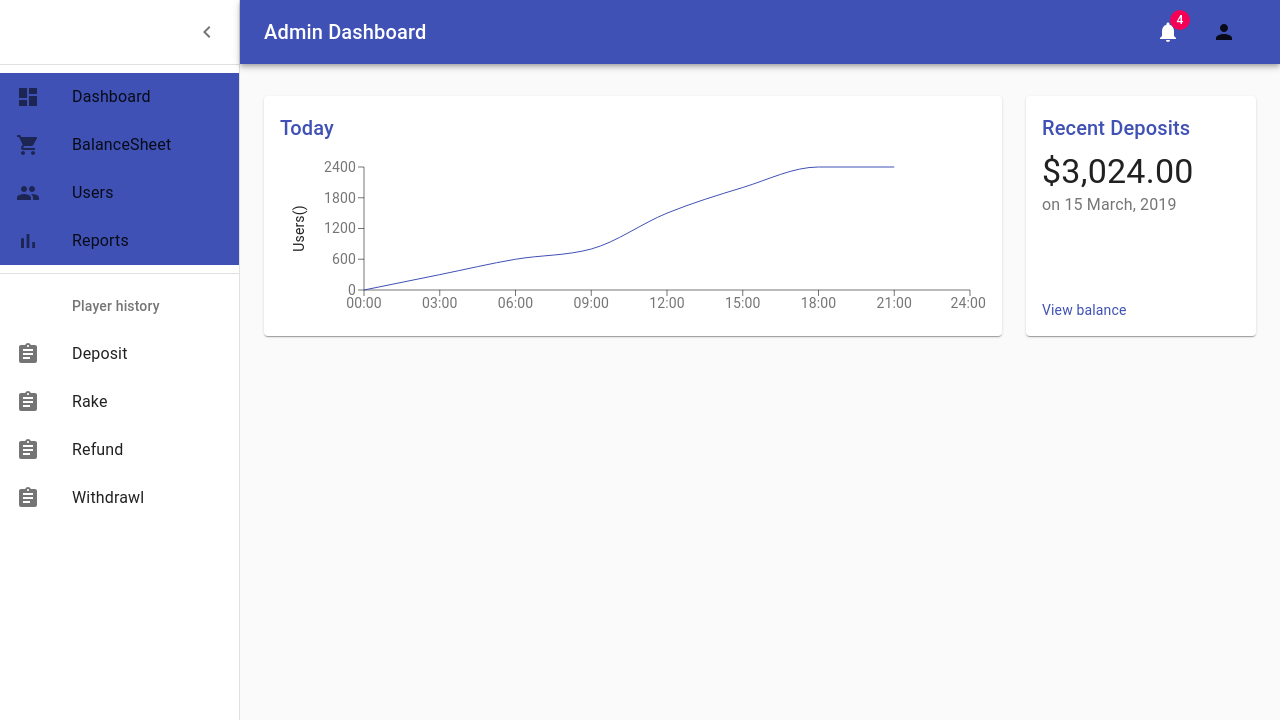
Repository: imayankbisht/ludofrontend
Page: /Dashboard
An editor plug-in stored every save of this project. The page is shown before and after a run of saves, followed by the edit.
The browser window is 1280 px wide. The pictures show the whole page.
The project was rebuilt for these pictures with package versions that can differ from the ones it lists, and the page was loaded fresh each time. Also part of the build but not shown: src/axios.js, src/components/login.js.

Above is the page before, as saved 2021-01-16 14:05:06.

After the next 2 saves:
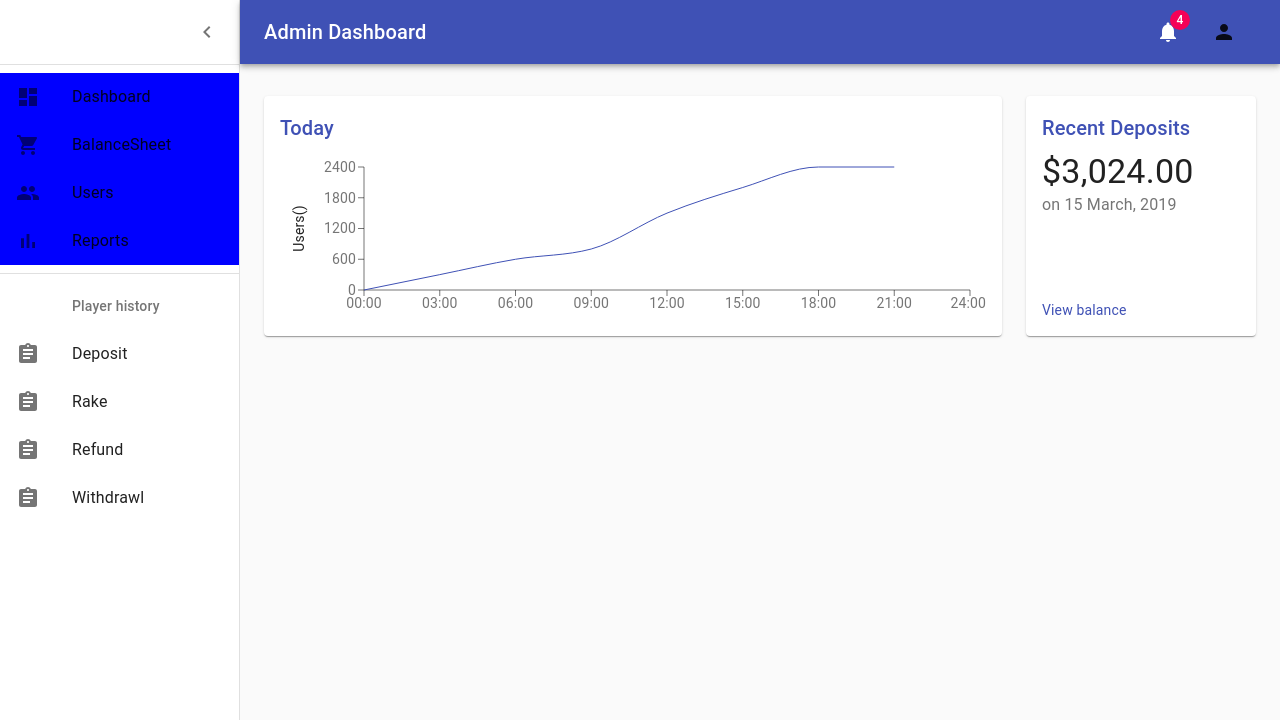
The 2 saves are shown as one change because they came seconds apart.
The last was saved 2 min 26 s later.
--- a/src/components/listItems.js
+++ b/src/components/listItems.js
@@ -13,7 +13,7 @@ import Box from '@material-ui/core/Box';
 
 export const mainListItems = (
   <div>
-   <Box bgcolor="primary.main">
+   <Box bgcolor="blue">
    <ListItem button>
       <ListItemIcon>
         <DashboardIcon />
